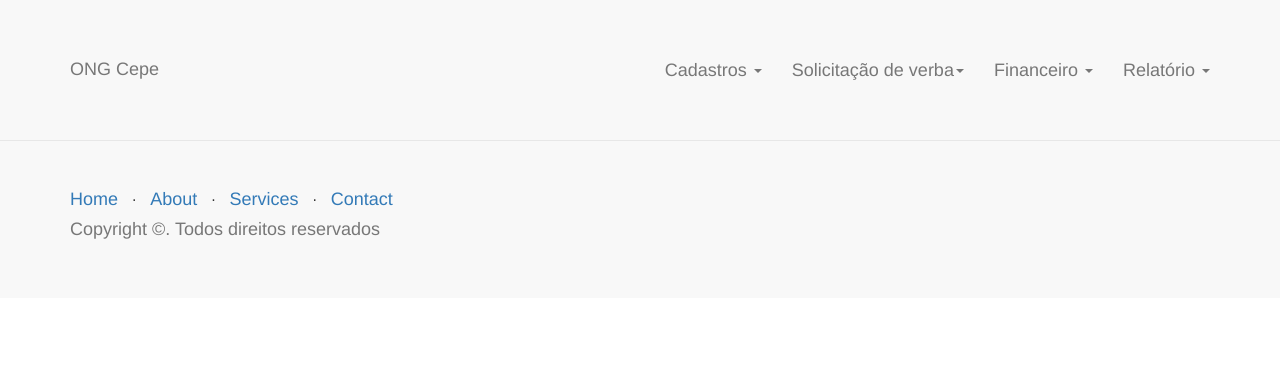
Repository: samaelsimoes/ong-cepe
Page: ong-cepe/WebContent/privado/usuario.html
An editor plug-in stored every save of this project. The page is shown before and after the next save, followed by the edit.
The browser window is 1280 px wide. The pictures show the whole page.

Above is the page before, as saved 2017-08-11 23:16:07.

### ong-cepe/WebContent/privado/usuario.html
<!DOCTYPE html>
<html>
<head>

	<meta charset="utf-8">
    <meta http-equiv="X-UA-Compatible" content="IE=edge">
    <meta name="viewport" content="width=device-width, initial-scale=1">
    <meta name="description" content="">
    <meta name="author" content="">

	<title>Centro esportivo para pessoas especiais - Joinville</title>

	<link href="../style.css" rel="stylesheet">

	<link href="https://fonts.googleapis.com/css?family=Lato:300,400,700,300italic,400italic,700italic" rel="stylesheet" type="text/css">
    <link href="../css/font-awesome/css/font-awesome.min.css" rel="stylesheet" type="text/css">

</head>
<body>
	<section id="header" class="custom-padding-header"></section>

	<section>

	</section>


	<section id="footer" class="custom-footer"></section>
</body>

	<!-- JQUERY -->
    <script src="../js/jquery.js"></script>

    <!-- Bootstrap Core JavaScript -->
    <script src="../js/bootstrap.min.js"></script>

    <script src="js/itens.js"></script>

</html>

### ong-cepe/WebContent/privado/header.html
<!-- Navigation  MENU-->
<nav class="navbar padding-vertical-small navbar-default navbar-fixed-top topnav" role="navigation" id="menu">
    <div class="container topnav custom-fontes">
        <!-- Brand and toggle get grouped for better mobile display -->
        <div class="navbar-header">
            <button type="button" class="navbar-toggle" data-toggle="collapse" data-target="#bs-example-navbar-collapse-1">

                <span class="sr-only"> </span>
                <span class="icon-bar"> </span>
                <span class="icon-bar"> </span>
                <span class="icon-bar"> </span>
            </button>
            <a class="navbar-brand topnav" href="#">ONG Cepe</a>
        </div>
        <!-- Collect the nav links, forms, and other content for toggling -->
        <div class="collapse navbar-collapse phone-align-center" id="bs-example-navbar-collapse-1">
            <ul class="nav navbar-nav navbar-right">
                <li role="presentation" class="dropdown ">

                    <a class="dropdown-toggle" data-toggle="dropdown" href="#" role="button" aria-haspopup="true" aria-expanded="false">
                        Cadastros <span class="caret"></span>
                    </a>
                    <ul class="dropdown-menu phone-align-right">
                        <li>

                            <a href="usuario.html">Usuários</a>
                        </li>
                        <li>

                            <a href="">Eventos</a>
                        </li>
                        <li>

                            <a href="">Modalidades</a>
                        </li>
                        <li>

                            <a href="">Centro de custo</a>
                        </li>
                    </ul>
                </li>
                <li role="presentation" class="dropdown">
                    <a class="dropdown-toggle" data-toggle="dropdown" href="#" role="button" aria-haspopup="true" aria-expanded="false">
                        Solicitação de verba<span class="caret"></span>
                    </a>
                    <ul class="dropdown-menu phone-align-right">
                        <li>
                            <a href=""></a>
                        </li>
                        <li>
                            <a href="">Xexeu</a>
                        </li>
                    </ul>
                </li>
                <li role="presentation" class="dropdown">
                    <a class="dropdown-toggle" data-toggle="dropdown" href="#" role="button" aria-haspopup="true" aria-expanded="false">
                        Financeiro <span class="caret"></span>
                    </a>
                    <ul class="dropdown-menu">
                        <li>
                            <a href="">Fluxo de caixa</a>
                        </li>
                        <li>
                            <a href="">Transferencia de centro de custo</a>
                        </li>
                    </ul>
                </li>
                <li role="presentation" class="dropdown">
                    <a class="dropdown-toggle" data-toggle="dropdown" href="#" role="button" aria-haspopup="true" aria-expanded="false">
                        Relatório <span class="caret"></span>
                    </a>
                    <ul class="dropdown-menu">
                        <li>
                            <a href="">Extrato por centro de custos</a>
                        </li>
                        <li>
                            <a href="">Extrato por evento</a>
                        </li>
                    </ul>
                </li>
                </li>
            </ul>
        </div>
        <!-- /.navbar-collapse -->
    </div>
    <!-- /.container -->
</nav>

### ong-cepe/WebContent/privado/footer.html
<footer id="footer">
    <div class="container">
        <div class="row">
            <div class="col-lg-12 custom-fontes">
                <ul class="list-inline">
                    <li>
                        <a href="#">Home</a>
                    </li>
                    <li class="footer-menu-divider">&sdot;</li>
                    <li>
                        <a href="#about">About</a>
                    </li>
                    <li class="footer-menu-divider">&sdot;</li>
                    <li>
                        <a href="#services">Services</a>
                    </li>
                    <li class="footer-menu-divider">&sdot;</li>
                    <li>
                        <a href="#contact">Contact</a>
                    </li>
                </ul>
                <p class="copyright text-muted small">Copyright &copy;.   Todos direitos reservados</p>
            </div>
        </div>
    </div>
</footer>

Loaded but not shown: ong-cepe/WebContent/css/font-awesome/css/font-awesome.min.css (library); ong-cepe/WebContent/js/jquery.js (library); ong-cepe/WebContent/js/bootstrap.min.js (library); ong-cepe/WebContent/privado/js/itens.js (5 lines, source omitted); ong-cepe/WebContent/style.css (6698 lines, source omitted)

After the next save:
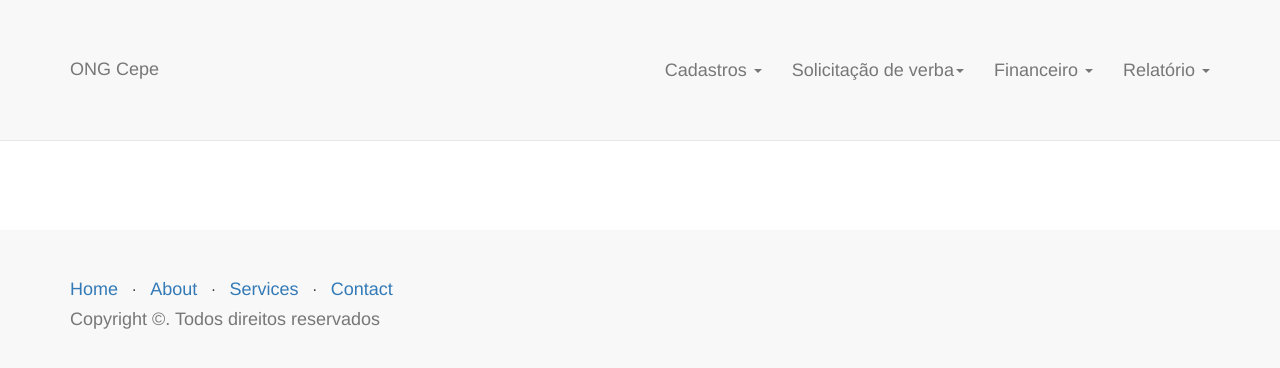
Saved 23 s later.
--- a/ong-cepe/WebContent/privado/usuario.html
+++ b/ong-cepe/WebContent/privado/usuario.html
@@ -19,7 +19,7 @@
 <body>
 	<section id="header" class="custom-padding-header"></section>
 
-	<section>
+	<section class="padding-vertical-small">
 
 	</section>
 
